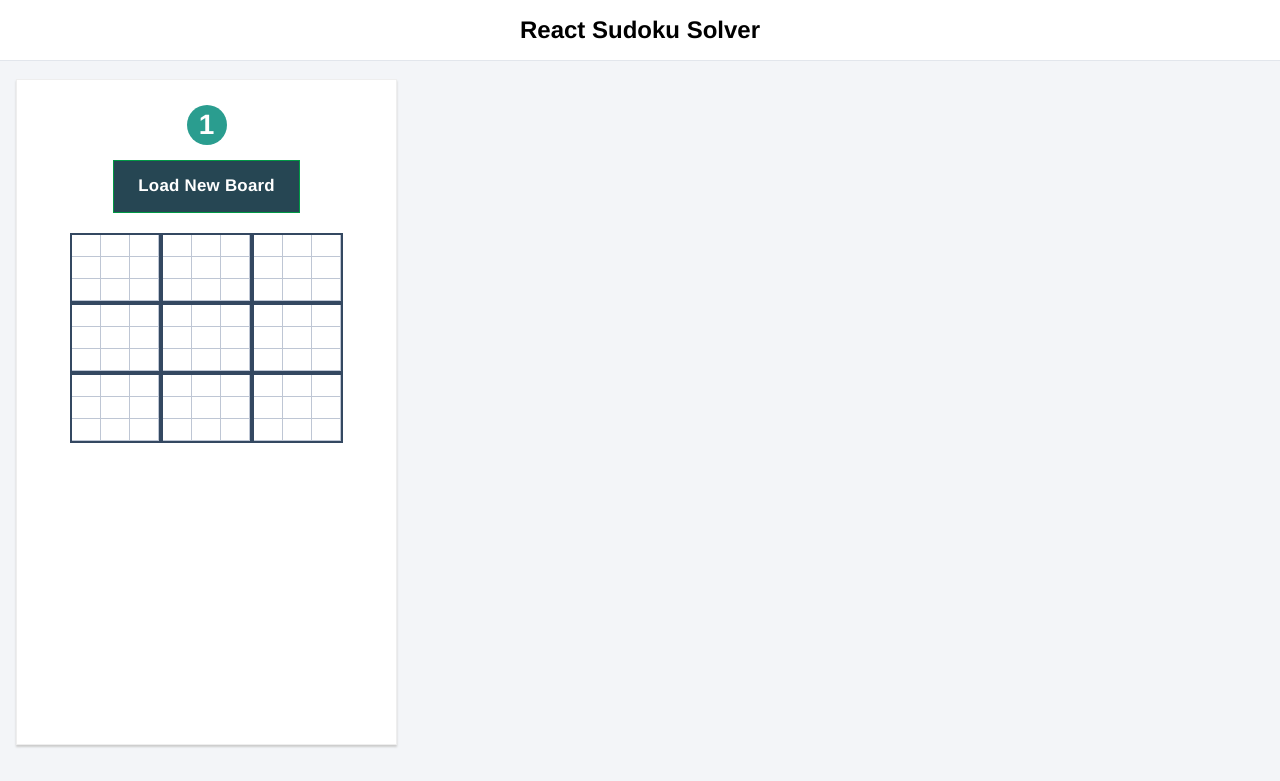
Repository: ShamroOoz/Sudoku-Puzzle
Page: /
An editor plug-in stored every save of this project. The page is shown before and after the next save, followed by the edit.
The browser window is 1280 px wide. The pictures show the whole page.
The project was rebuilt for these pictures with package versions that can differ from the ones it lists, and the page was loaded fresh each time. Also part of the build but not shown: craco.config.js, src/components/Spinner.js.

Above is the page before, as saved 2021-07-04 16:36:11.

### src/App.js
import React, { useReducer } from "react";
import Header from "./components/Header";
import Circle from "./components/Circle";
import Button from "./components/Button";
import Board from "./components/Board";
import { appReducer, initialState } from "./Reducer";
import "./App.css";

const App = () => {
  const [state, dispatch] = useReducer(appReducer, initialState);

  const { initialBoardState } = state;
  console.log(initialBoardState);
  return (
    <div className="App">
      <Header />
      <div className="App-body App-container">
        <div className="App-game-panel">
          <Circle classes="circle center-me" label="1" />
          <Button
            classes="btn marginTop15"
            // click={() => dispatch({ type: ACTIONS.OPEN })}
            label="Load New Board"
          />

          <Board
            classes="game-board"
            board={initialBoardState}
            name="initial"
          />
        </div>
      </div>
    </div>
  );
};

export default App;

### src/components/Header.js
import React from "react";
import "../App.css";

const Header = () => {
  return (
    <header className="App-header">
      <h1 className="App-title">React Sudoku Solver</h1>
    </header>
  );
};

export default Header;

### src/components/Circle.js
import React from "react";
import "../App.css";

const Circle = ({ classes, label }) => {
  return <div className={classes}>{label}</div>;
};

export default Circle;

### src/components/Button.js
import React, { useState, useEffect, useRef } from "react";
import Spinner from "./Spinner";
import { useSpring, animated } from "react-spring";
import "../App.css";

const Button = (props) => {
  /* showSpinner is used to stay in the "isSpinning state" a bit longer
    to avoid loading flashes if the loading state is too short. */
  const [showSpinner, setShowSpinner] = useState(false);

  useEffect(() => {
    if (props.isSpinning) {
      setShowSpinner(true);
    }

    // Show loader a bits longer to avoid loading flash
    if (!props.isSpinning && showSpinner) {
      const timeout = setTimeout(() => {
        setShowSpinner(false);
      }, 300);

      return () => {
        clearTimeout(timeout);
      };
    }
  }, [props.isSpinning, showSpinner]);

  const [width, setWidth] = useState(0);
  const [height, setHeight] = useState(0);
  const ref = useRef(null);

  useEffect(() => {
    if (ref.current && ref.current.getBoundingClientRect().width) {
      setWidth(ref.current.getBoundingClientRect().width);
    }
    if (ref.current && ref.current.getBoundingClientRect().height) {
      setHeight(ref.current.getBoundingClientRect().height);
    }
  }, [props.classes]);

  const fadeOutProps = useSpring({ opacity: showSpinner ? 1 : 0 });
  const fadeInProps = useSpring({ opacity: showSpinner ? 0 : 1 });

  return (
    // eslint-disable-next-line jsx-a11y/anchor-is-valid
    <a
      ref={ref}
      style={
        showSpinner
          ? {
              width: `${width}px`,
              height: `${height}px`,
            }
          : {}
      }
      onClick={props.click}
      className={props.classes}
    >
      {showSpinner ? (
        <animated.div style={fadeOutProps}>
          <Spinner />
        </animated.div>
      ) : (
        <animated.div style={fadeInProps}>{props.label}</animated.div>
      )}
    </a>
  );
};

export default Button;

### src/components/Board.js
import React from "react";
import Sections from "./Sections/Sections";

const Board = ({ name, board, classes }) => {
  return (
    <div className={classes}>
      {board && (
        <div>
          <Sections nameKey={name + "-sections"} sections={board?.sections} />
        </div>
      )}
    </div>
  );
};

export default Board;

### src/Reducer/index.js
import { initialSudokuString } from "../services/Constants";
import { getBoardState } from "../services/Utils";
import { parseGrid } from "../services/Solver";

export const appReducer = (state, action) => {
  switch (action.type) {
    default: {
      throw new Error(`Unhandled type: ${action.type}`);
    }
  }
};

const initialBoardParsed = parseGrid(initialSudokuString);

export const initialState = {
  currentBoardString: initialSudokuString,
  initialBoardParsed: initialBoardParsed,
  initialBoardState: getBoardState(initialBoardParsed),
  //   initialBoardStatus: STATUS.UNKNOWN,
  //   solveBoardState: getBoardState(emptyBoardParsed),
  //   solveBoardStatus: STATUS.UNKNOWN,
  solveBoardAbort: false,
  isSolving: false,
  solutionSteps: [],
  newBoardString: "",
  //   timerSolveBoard: STATUS.UNKNOWN,
  timeElapsed: 0,
  openModal: false,
  modalError: "",
};

### src/App.css
.App {
  text-align: center;
  font-family: SourceSansPro, "Helvetica Neue", Helvetica, Arial,
    "Lucida Grande", sans-serif;
}

.App-status-message {
  line-height: 1.5;
  display: inline-block;
  margin-left: 10px;
}

.App-message-row {
  text-align: left;
  padding-left: 55px;
  height: 50px;
}

.App-status-abort-message {
  display: inline-block;
  font-size: 13px;
  width: 75%;
  padding-left: 15px;
  font-weight: 500;
  text-align: left;
}

.App-icon {
  font-size: 1.5em;
  display: inline-block;
}

.App-icon .invalid {
  width: 30px;
}

.App-body {
  background-color: #f3f5f8;
  font-size: large;
  padding-left: 16px;
  display: flex;
  height: 100vh;
}

.App-container {
  display: flex;
  flex-direction: row;
}

@media (max-width: 800px) {
  .App-container {
    flex-direction: column;
  }
}

.App-game-panel {
  display: inline-block;
  padding-top: 25px;
  padding-bottom: 25px;
  width: 30%;
  margin-top: 1em;
  margin-bottom: 2em;
  margin-right: 1em;
  background-color: #ffffff;
  border: 1px solid #eee;
  box-shadow: 0 2px 2px #ccc;
}

@media (max-width: 800px) {
  .App-game-panel {
    width: 98%;
  }
}

.App-game-panel .buttons-row {
  margin-top: 20px;
}

@keyframes App-logo-spin {
  from {
    transform: rotate(0deg);
  }
  to {
    transform: rotate(360deg);
  }
}

.marginLeft10 {
  margin-left: 10px;
}

.marginBottom10 {
  margin-bottom: 10px;
}

.marginTop10 {
  margin-top: 10px;
}

.marginTop15 {
  margin-top: 15px;
}

.center-me {
  margin: 0 auto;
}

.App-header {
  width: 100%;
  max-width: 1504px;
  margin-left: auto;
  margin-right: auto;
  padding-left: 16px;
  padding-right: 16px;
  box-sizing: border-box;
  border-bottom: 1px solid rgba(198, 206, 217, 0.5);
  display: flex;
  align-items: center;
}

.App-title {
  flex: 1;
  font-size: 1.5em;
  align-items: center;
  padding-left: 50px;
  padding-right: 50px;
}

@media (max-width: 800px) {
  .App-title {
    font-size: 1.1em;
  }
}

.App-logo {
  height: 40px;
  padding-left: 10px;
}

.App-author {
  padding-right: 16px;
}

.App-author-image {
  height: 45px;
}

/* circle */

.circle {
  width: 40px;
  height: 40px;
  text-align: center;
  font-size: 28px;
  line-height: 1.428571429;
  border-radius: 35px;
  color: #ffffff;
  background-color: #428bca;
  border-color: #48a50a;
  font-weight: 800;
  background: #2a9d8f;
}

.circle.lg {
  width: 50px;
  height: 50px;
  padding: 10px 16px;
  font-size: 18px;
  line-height: 1.33;
  border-radius: 25px;
}

/* button */

.btn {
  display: inline-block;
  position: relative;
  margin-bottom: 20px;
  padding: 15px 24px 17px;
  box-sizing: border-box;
  background: #264653;
  font-family: SourceSansPro, "Helvetica Neue", Helvetica, Arial,
    "Lucida Grande", sans-serif;
  color: #fff;
  font-size: 19px;
  font-size: 1.0556rem;
  line-height: 19px;
  font-weight: 700;
  text-align: center;
  text-decoration: none;
  letter-spacing: 0.25px;
  cursor: pointer;
  border: 1px solid #009845;
  border-radius: 0;
  transition: background 0.2s ease-in-out, color 0.2s ease-in-out,
    border 0.2s ease-in-out;
}

.btn-small {
  font-size: 12px;
  font-size: 1.0556rem;
  font-weight: 400;
  padding: 10px 10px 10px;
}

.btn.btn-close {
  background: #34507e;
}

/* spinner */

@keyframes load {
  0% {
    transform: rotate(0deg);
  }
  100% {
    transform: rotate(360deg);
  }
}

.spinner {
  border: 4px solid rgba(255, 255, 255, 0.2);
  border-left: 4px solid;
  animation: load 1s infinite linear;
  border-radius: 50%;
  width: 25px;
  height: 25px;
  margin-top: -5px;
  margin-left: 5px;
}

/* seaction */

.game-section {
  border: 2px solid #344861;
  height: 10%;
  width: 23%;
  display: inline-block;
}

/* cell row */

.section-row {
  padding: 0;
  margin: 0;
  width: 100%;
}

### src/components/Sections/Sections.js
import React from "react";
import SectionRow from "./SectionRow/SectionRow";

const Sections = ({ nameKey, sections }) => {
  return sections.map((sectionRow, sectionIndex) => (
    <div
      className="game-sections-row"
      key={nameKey + "-sections-" + sectionIndex}
    >
      <SectionRow
        nameKey={nameKey + "-sectionRow-" + sectionIndex}
        sectionRow={sectionRow}
      />
    </div>
  ));
};

export default Sections;

### src/services/Constants.js
export const digits = "123456789";
export const letters = "ABCDEFGHI";
export const rows = letters.split("");
export const cols = digits.split("");

export const rRows = [
  ["A", "B", "C"],
  ["D", "E", "F"],
  ["G", "H", "I"],
];

export const cCols = [
  ["1", "2", "3"],
  ["4", "5", "6"],
  ["7", "8", "9"],
];

export const STRATEGIES = {
  HIDDEN_SINGLE: "Hidden Single in cell",
  NAKED_SINGLE: "Naked Single in cell",
  POINTING_PAIRS: "Pointing Pair in cells",
  BACKTRACKING: "Backtracking search",
};

// Default sudoku string (valid)
export const initialSudokuString =
  "4.....8.5.3..........7......2.....6.....8.4......1.......6.3.7.5..2.....1.4......";

### src/services/Utils.js
import { addSolutionStepsLog } from "./Logs";
import { digits, rows, cols, rRows, cCols, STRATEGIES } from "./Constants";

// Cross product of elements in A and elements in B.
export const cross = (listA, listB) => {
  const crossProduct = [];
  for (const a of listA) {
    for (const b of listB) {
      crossProduct.push(a + b);
    }
  }
  return crossProduct;
};

export const member = (item, list) => {
  for (const elem of list) {
    if (item === elem) {
      return true;
    }
  }
  return false;
};

export const Squares = () => {
  return cross(rows, cols);
};

export const squares = Squares();

export const SectionList = () => {
  const sectionList = [];
  for (const rs of rRows) {
    for (const cs of cCols) {
      sectionList.push(cross(rs, cs));
    }
  }
  return sectionList;
};

export const sectionList = SectionList();

export const UnitList = () => {
  return [
    ...cols.map((col) => cross(rows, [col])),
    ...rows.map((row) => cross([row], cols)),
    ...sectionList,
  ];
};

export const unitList = UnitList();

export const Units = () => {
  return squares.reduce((units, key) => {
    units[key] = unitList.filter((ul) => member(key, ul));
    return units;
  }, []);
};

export const units = Units();

export const Peers = () => {
  let peers = {};
  for (const square of squares) {
    peers[square] = {};
    for (const unit of units[square]) {
      for (const square2 of unit) {
        if (square2 !== square) {
          peers[square][square2] = true;
        }
      }
    }
  }
  return peers;
};

export const peers = Peers();

const getSectionUnits = (sectionNumber, values) => {
  let cellRows = [];
  let sectionRow = [];
  for (let i = 1; i <= sectionList[sectionNumber - 1]?.length; i++) {
    const unit = sectionList[sectionNumber - 1][i - 1];
    sectionRow.push({
      key: unit,
      value: values[unit]?.length === 1 ? values[unit] : ".",
    });
    if (i % 3 === 0) {
      cellRows = [...cellRows, sectionRow];
      sectionRow = [];
    }
  }
  return cellRows;
};

// Transform a valid sudoku model into an UI Board state
export const generateValuesState = (values) => {
  let valuesState = [];
  let sectionRows = [];
  for (const sectionNumber of digits.split("")) {
    sectionRows.push({
      key: String(sectionNumber),
      cellRows: getSectionUnits(sectionNumber, values),
    });
    if (sectionNumber % 3 === 0) {
      valuesState = [...valuesState, [...sectionRows]];
      sectionRows = [];
    }
  }
  return valuesState;
};

// Generate a board state based on a valid sudoku string.
export const getBoardState = (values) => {
  return { sections: generateValuesState(values) };
};

export const dict = (keys, values) => {
  if (typeof values === "string" || values === null) {
    return keys.reduce((result, key) => ({ ...result, [key]: values }), {});
  } else if (typeof values === "object") {
    return keys.reduce(
      (result, key, i) => ({ ...result, [key]: values[i] }),
      {}
    );
  }
};

// check if all list values are valid with cb
export const all = (list, cb) => {
  for (const value of list) {
    if (!cb(value)) {
      return false;
    }
  }
  return true;
};

// check if an unit is resolved.

export const log = (strategy, squares, digit) => {
  if (strategy === STRATEGIES.BACKTRACKING) {
    addSolutionStepsLog(
      strategy,
      [],
      0,
      "Backtrack Search",
      "From this point was applied Peter Norvig's backtracking search algorithm that to solve every sudoku puzzle."
    );
  } else {
    const squareMsg =
      squares.length > 1 ? squares[0] + ", " + squares[1] : squares[0];
    const msg =
      squares.length === 1
        ? "was solved with the value: " + digit
        : "These cells are the only cells in section with the candidate value " +
          digit +
          ". The candidate must be in one of these cells and can be removed from other cells in column or row.";
    addSolutionStepsLog(
      strategy,
      [...squares],
      digit,
      strategy + " ( " + squareMsg + " )",
      strategy + " ( " + squareMsg + " ) " + msg
    );
  }
};

### src/services/Solver.js
import { digits, STRATEGIES } from "./Constants";
import { setSolverStrategy } from "./Logs";
import { dict, squares, peers, all, log } from "./Utils";

export const assign = (values, square, digit) => {
  // Eliminate all the other values (except digit) from values[square] and propagate.
  // Return values, except return false if a contradiction is detected.
  const otherValues = values[square].replace(digit, "").split("");

  const isAssigned = all(otherValues, (otherValue) =>
    eliminate(values, square, otherValue)
  );
  if (isAssigned) {
    return values;
  } else {
    return false;
  }
};

export const eliminate = (values, square, digit) => {
  //Eliminate digit from values[square]; propagate when values or places <= 2.
  //return values, except return false if a contradiction is detected.

  const isDigitPresent = values[square].indexOf(digit) !== -1;

  if (!isDigitPresent) {
    // already eliminated.
    return values;
  }

  values[square] = values[square].replace(digit, "");

  // (1) If a square is reduced to oneValue, then eliminate oneValue
  // from the peers.
  const possibleValues = values[square];
  const isSquareContradicted = possibleValues.length === 0;
  const isSquareSolved = possibleValues.length === 1;
  if (isSquareContradicted) {
    // Contradiction: removed last value
    return false;
  } else if (isSquareSolved) {
    // Propagate change
    const oneValue = possibleValues;
    const peersSquares = Object.keys(peers[square]);
    const isSafePropagated = all(peersSquares, (peerSquare) =>
      eliminate(values, peerSquare, oneValue)
    );
    if (isSafePropagated) {
      log(STRATEGIES.NAKED_SINGLE, [square], oneValue);
    } else {
      return false;
    }
  }
};

export const parseGrid = (grid) => {
  setSolverStrategy(STRATEGIES.BACKTRACKING);
  // Convert grid to a dict of possible values, {square: digits}, or
  // return False if a contradiction is detected.
  const values = dict(squares, digits);
  const input = gridValues(grid);

  for (const square in input) {
    const value = input[square];
    // square value could be '.' or 1..9
    const isAssignableValue =
      digits.indexOf(value) === -1 || assign(values, square, value);
    if (!isAssignableValue) {
      return false; // (Fail if we can't assign value to square.)
    }
  }
  return values;
};

const gridValues = (grid) => {
  //Convert grid into a dict of {square: char} with '0' or '.' for empties.
  // eslint-disable-next-line no-useless-escape
  const parseGrid = grid.replace(/[^0-9\.]/g, "");
  return dict(squares, parseGrid.split(""));
};

### src/components/Sections/SectionRow/SectionRow.js
import React from "react";
import "../../../App.css";
import Section from "./Section/Section";

const sectionRow = ({ sectionRow, nameKey }) => {
  return sectionRow.map((section) => (
    <div className="game-section" key={nameKey + "-" + section.key}>
      <Section
        nameKey={nameKey + "-section-" + section.key}
        cellRows={section.cellRows}
      />
    </div>
  ));
};

export default sectionRow;

### src/services/Logs.js
import { STRATEGIES } from "./Constants";

let solverStrategy = "";

export const setSolverStrategy = (strategy) => {
  // eslint-disable-next-line no-unused-vars
  solverStrategy = strategy;
};

const logs = {
  solutionSteps: [],
  timeElapsedLog: [],
  gamesBoardLog: [],
};

export const addSolutionStepsLog = (strategy, keys, value, method, msg) => {
  if (solverStrategy !== STRATEGIES.BACKTRACKING) {
    logs.solutionSteps.push({
      strategy: strategy,
      date: new Date().toLocaleString(),
      keys: [...keys],
      value: value,
      method: method,
      msg: msg,
    });
  }
};

### src/components/Sections/SectionRow/Section/Section.js
import React from "react";
import CellRow from "./CellRow/CellRow";

const Section = ({ cellRows, nameKey }) => {
  return cellRows.map((cellRow, index) => (
    <div className="section-row" key={nameKey + "-cellRow-" + index}>
      <CellRow
        class="cell-row"
        nameKey={nameKey + "-cellRow-" + index}
        cells={cellRow}
      />
    </div>
  ));
};

export default Section;

### src/components/Sections/SectionRow/Section/CellRow/CellRow.js
import React from "react";
import "../../../../../App.css";
import Cell from "./Cell/Cell";

const CellRow = ({ cells }) => {
  return cells.map((cell) => (
    <Cell classes="game-cell" key={cell.key} cell={cell} />
  ));
};

export default CellRow;

### src/components/Sections/SectionRow/Section/CellRow/Cell/Cell.js
import React from "react";
import "./style.css";

const Cell = ({ cell, classes }) => {
  const cellValue = cell?.value === "." ? "\u00A0" : cell.value;
  return (
    <div className={classes} key={cell.key}>
      <div className="cell-value">{cellValue}</div>
    </div>
  );
};

export default Cell;

### src/components/Sections/SectionRow/Section/CellRow/Cell/style.css
.game-cell {
  flex-basis: 5%;
  box-sizing: border-box;
  position: relative;
  border-right: 1px solid #bec6d4;
  border-bottom: 1px solid #bec6d4;
  cursor: pointer;
  transform: translateZ(0);
  padding: 0;
  margin: 0;
  border-collapse: collapse;
  border-spacing: 0;
  display: inline-block;
  width: 33.3%;
  height: 33.3%;
}

.game-cell .cell-value {
  font-weight: 400;
  color: #000;
  cursor: default;
}

.cell-value {
  width: 100%;
  height: 100%;
  font-weight: 100;
  color: #666;
  text-align: center;
}

Loaded but not shown: public/index.html (common file); src/index.js (common file); src/index.css (common file)

After the next save:
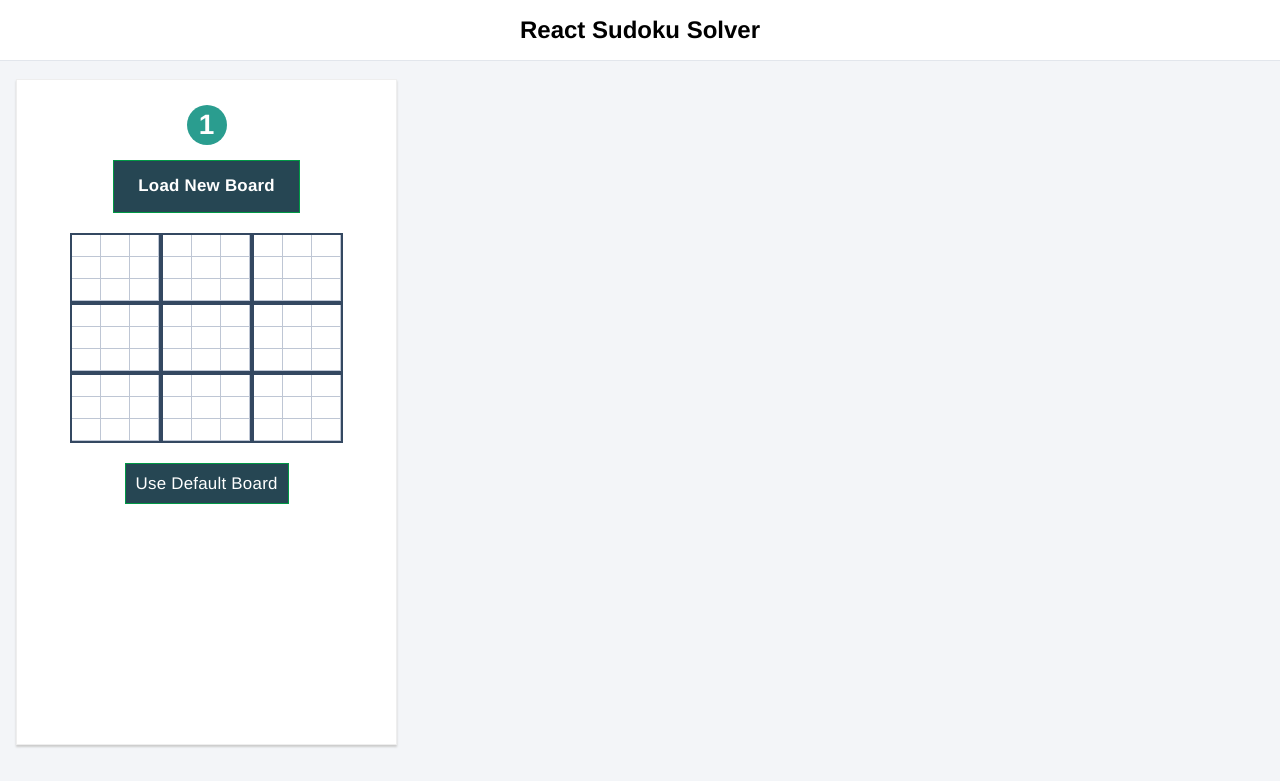
Saved 97 s later.
--- a/src/App.js
+++ b/src/App.js
@@ -28,6 +28,14 @@ const App = () => {
             board={initialBoardState}
             name="initial"
           />
+
+          <div className="buttons-row">
+            <Button
+              classes="btn btn-small"
+              click={() => dispatch({ type: ACTIONS.DEFAULT })}
+              label="Use Default Board"
+            />
+          </div>
         </div>
       </div>
     </div>
